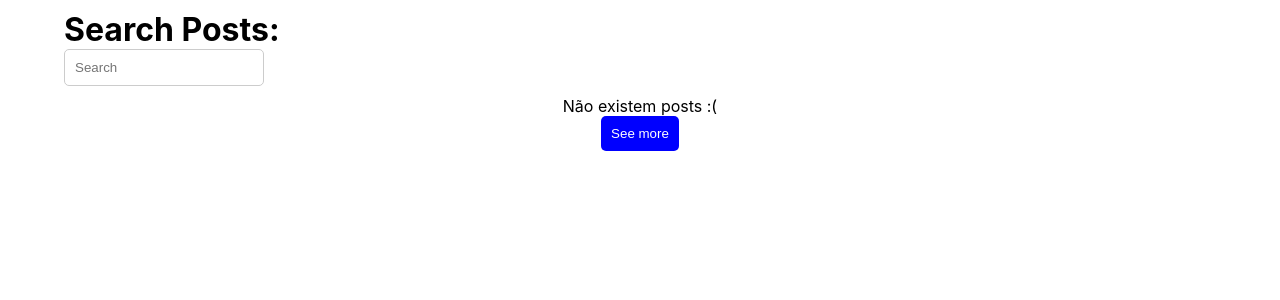
Repository: GiovanaBragio/ReactCourse
Page: / (app in project-1/)
The author's editor kept a copy of each file at every save. The page is drawn from the files as they stood at one save, then again after the next save.
The browser window is 1280 px wide. The pictures show the whole page.
The page's requests for data from a server got no answer. The project was rebuilt for these pictures with package versions that can differ from the ones it lists, and the page was loaded fresh each time. No one was signed in, and anything a server would have sent is missing. Also part of the build but not shown: project-1/src/components/PostCard/PostCard.styles.css, project-1/src/components/PostCard/PostCard.tsx, project-1/src/components/Post/Post.styles.css, project-1/src/components/Post/Post.tsx.

Above is the page before, as saved 2025-02-05 17:13:27.

After the next save:
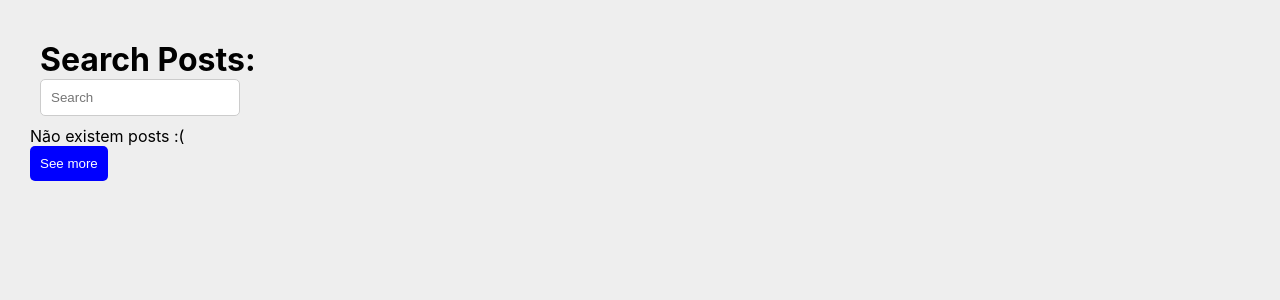
Saved 56 s later.
--- a/project-1/src/templates/Home/Home.css
+++ b/project-1/src/templates/Home/Home.css
@@ -5,10 +5,9 @@
 }
 
 .Home {
-  display: flex;
-  flex-direction: column;
-  justify-content: center;
-  align-items: center;
+  min-height: 100vh;
+  background: #eee;
+  padding: 30px;
 }
 
 .Home__search {
